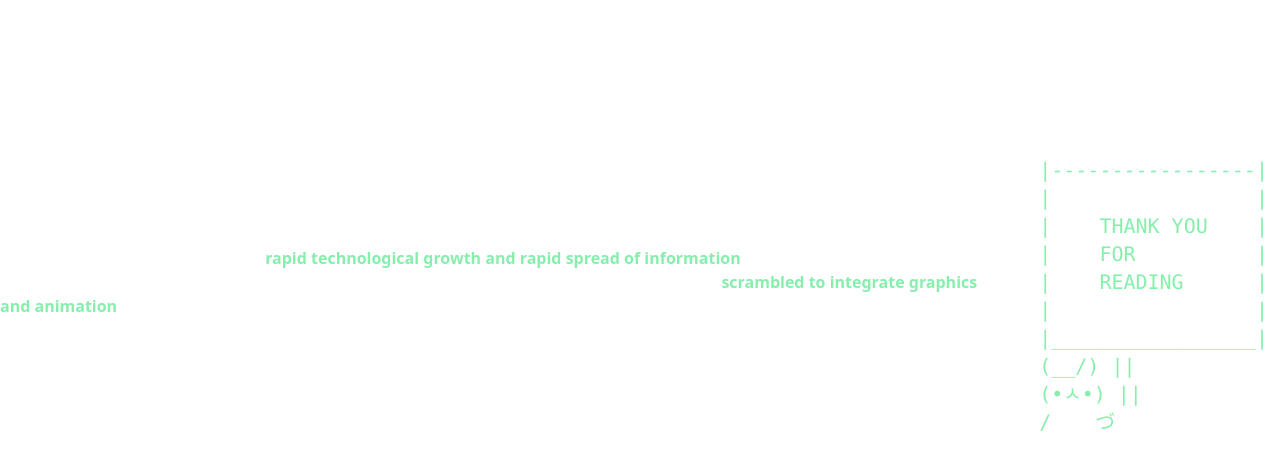
Repository: kayla-lin/graphic-design-timeline
Page: /components/Conclusion
An editor plug-in stored every save of this project. The page is shown before and after the next save, followed by the edit.
The browser window is 1280 px wide. The pictures show the whole page.
The project was rebuilt for these pictures with package versions that can differ from the ones it lists, and the page was loaded fresh each time. The framework's server and built-in components were replaced by stand-ins that run in the browser. Also part of the build but not shown: next.config.js.

Above is the page before, as saved 2023-05-02 00:04:44.

After the next save:
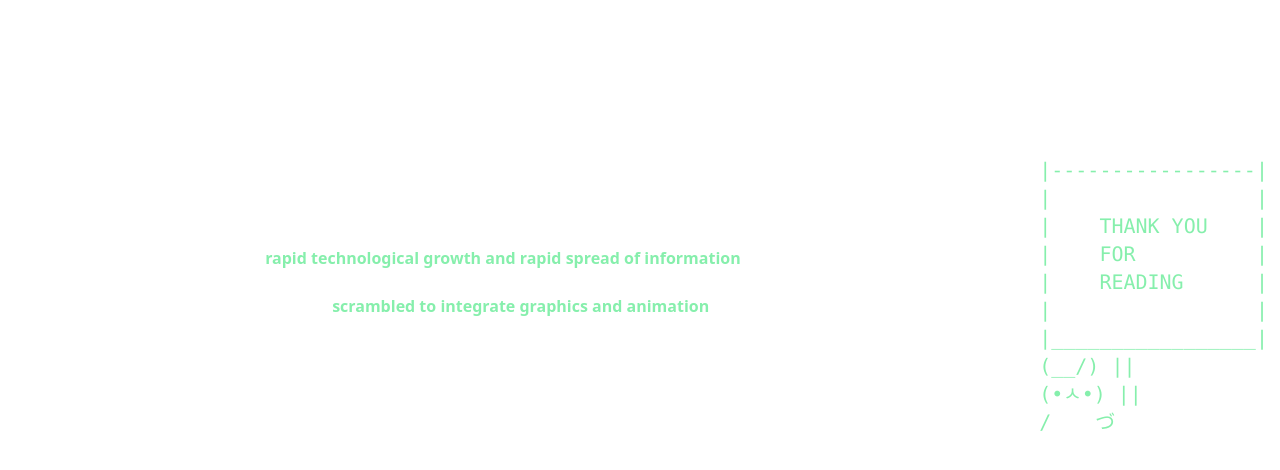
Saved 25 s later.
--- a/pages/components/Conclusion/index.tsx
+++ b/pages/components/Conclusion/index.tsx
@@ -11,7 +11,8 @@
           <strong className="text-green-300">
             rapid technological growth and rapid spread of information
           </strong>
-          . In order for new technology to be adopted by the masses, new
+          . Personal computers made information, thus graphic design accessible
+          In order for new technology to be adopted by the masses, new
           technology needed inuititve design. Designers focused on using
           <strong className="text-green-300">
             scrambled to integrate graphics and animation
